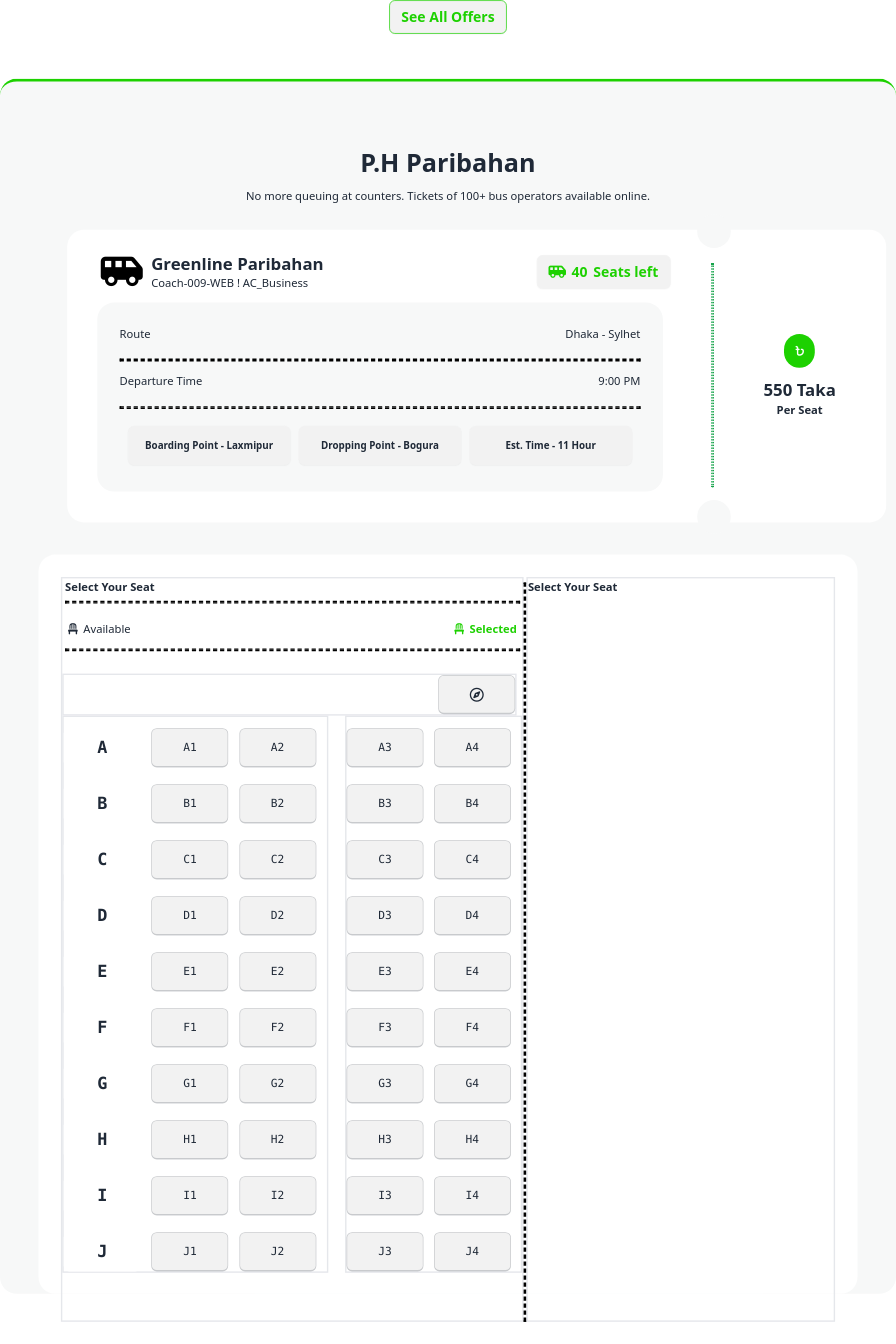
Repository: RudrasahaDibos/Smart-ticketing
Page: index.html
The author's editor kept a copy of each file at every save. The page is drawn from the files as they stood at one save, then again after the next save.
The browser window is 1280 px wide. The pictures show the part of the page from y = 1206 to 3126 px (the page is 3126 px tall before and 3070 px after), at 70% of full size.
Some web fonts or font styles are not loaded; a fallback is used. Some web libraries are served in a nearby version.

Above is the page before, as saved 2024-11-10 13:39:23.

After the next save:
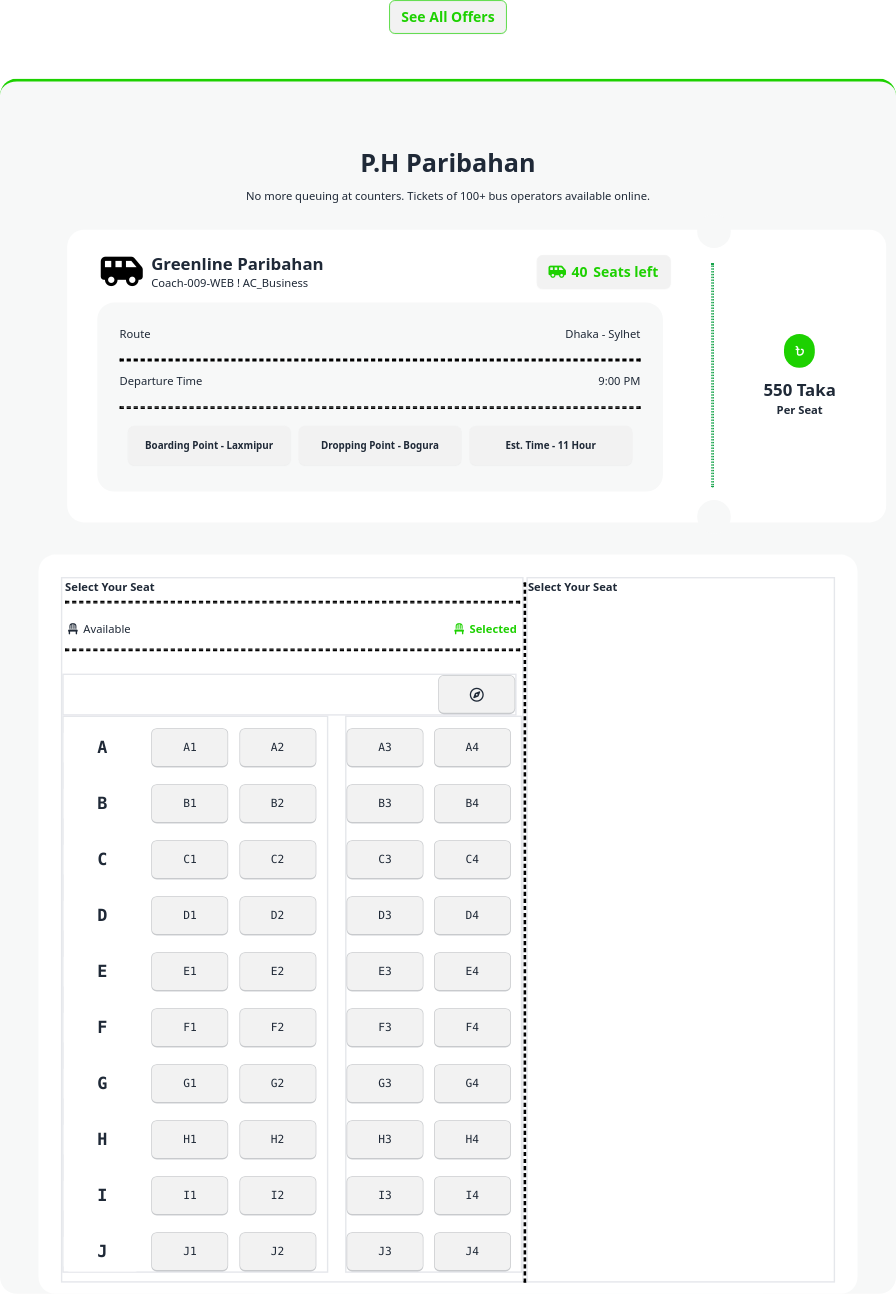
Saved 33 min 37 s later.
--- a/index.html
+++ b/index.html
@@ -427,7 +427,7 @@
 
 
             <div
-              class="border-dashed border-black border-2 mt-2  w-[0px] mx-auto h-[1056px]"></div>
+              class="border-dashed border-black border-2 mt-2  w-[0px] mx-auto h-[1000px]"></div>
 
             <div class="border-2  w-2/5 ">
               <p class="font-semibold">Select Your Seat</p>
